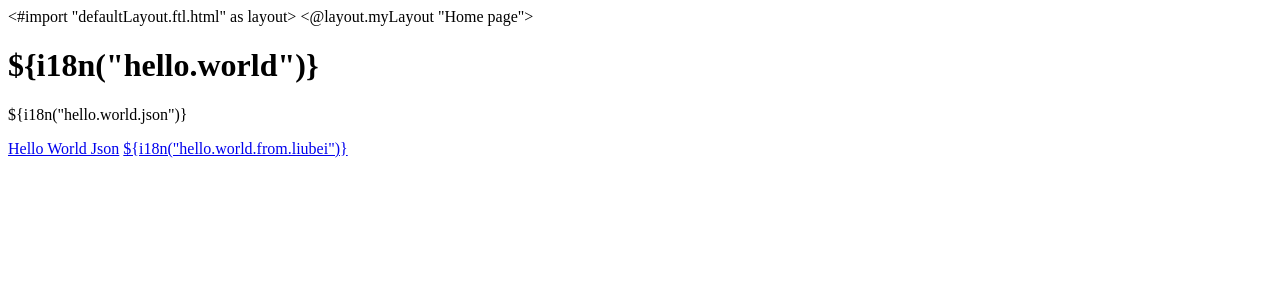
Repository: JavaProgrammerLB/JavaNinja
Page: firstNinjaProject/src/main/java/views/ApplicationController/contents.ftl.html
The author's editor kept a copy of each file at every save. The page is drawn from the files as they stood at one save, then again after the next save.
The browser window is 1280 px wide. The pictures show the whole page.

Above is the page before, as saved 2015-05-24 15:02:19.

### firstNinjaProject/src/main/java/views/ApplicationController/contents.ftl.html
<#import "defaultLayout.ftl.html" as layout>
<@layout.myLayout "Home page">


<h1>${i18n("hello.world")}</h1>
<p>${i18n("hello.world.json")}</p>
<a href="/hello_world.json">Hello World Json</a>
<a href="/hello_world_from_liubei">${i18n("hello.world.from.liubei")}</a>



</@layout.myLayout>

After the next save:
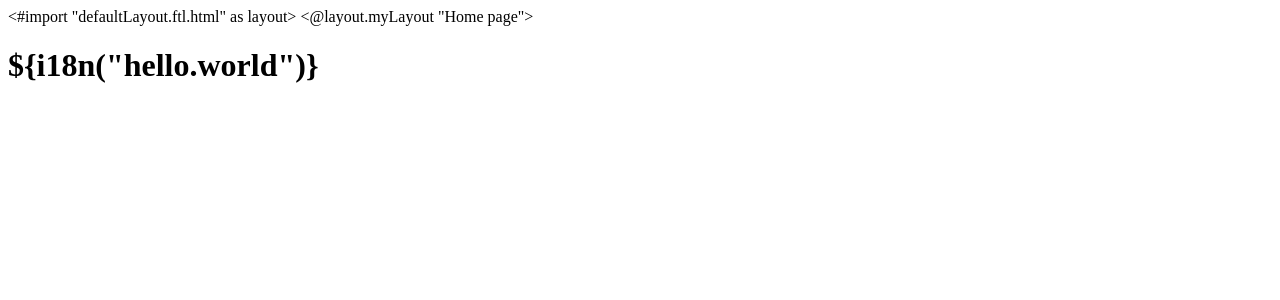
Saved 20 s later.
--- a/firstNinjaProject/src/main/java/views/ApplicationController/contents.ftl.html
+++ b/firstNinjaProject/src/main/java/views/ApplicationController/contents.ftl.html
@@ -3,10 +3,5 @@
 
 
 <h1>${i18n("hello.world")}</h1>
-<p>${i18n("hello.world.json")}</p>
-<a href="/hello_world.json">Hello World Json</a>
-<a href="/hello_world_from_liubei">${i18n("hello.world.from.liubei")}</a>
-
-
 
 </@layout.myLayout>
